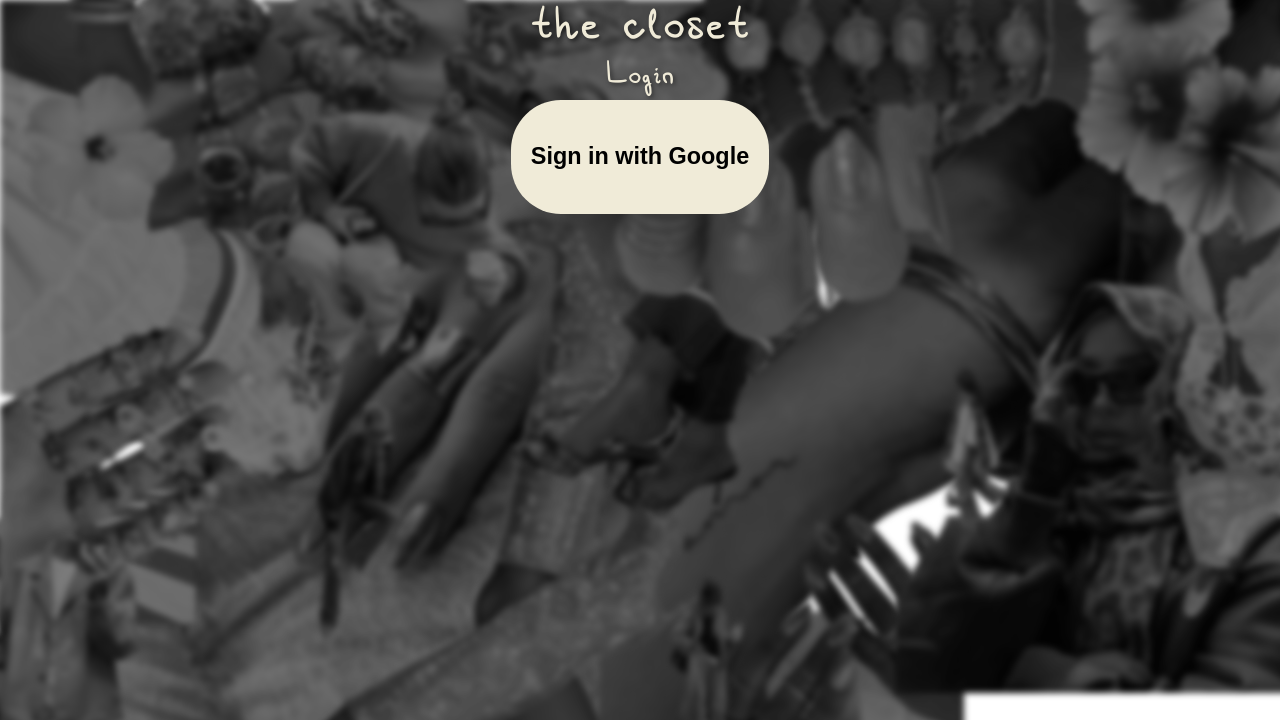
Repository: karla-sikavica/theCloset
Page: / (app in frontend/)
An editor plug-in stored every save of this project. The page is shown before and after the next save, followed by the edit.
The browser window is 1280 px wide. The pictures show the whole page.
The project was rebuilt for these pictures with package versions that can differ from the ones it lists, and the page was loaded fresh each time. Also part of the build but not shown: frontend/vite.config.ts.

Above is the page before, as saved 2025-03-29 16:52:20.

After the next save:
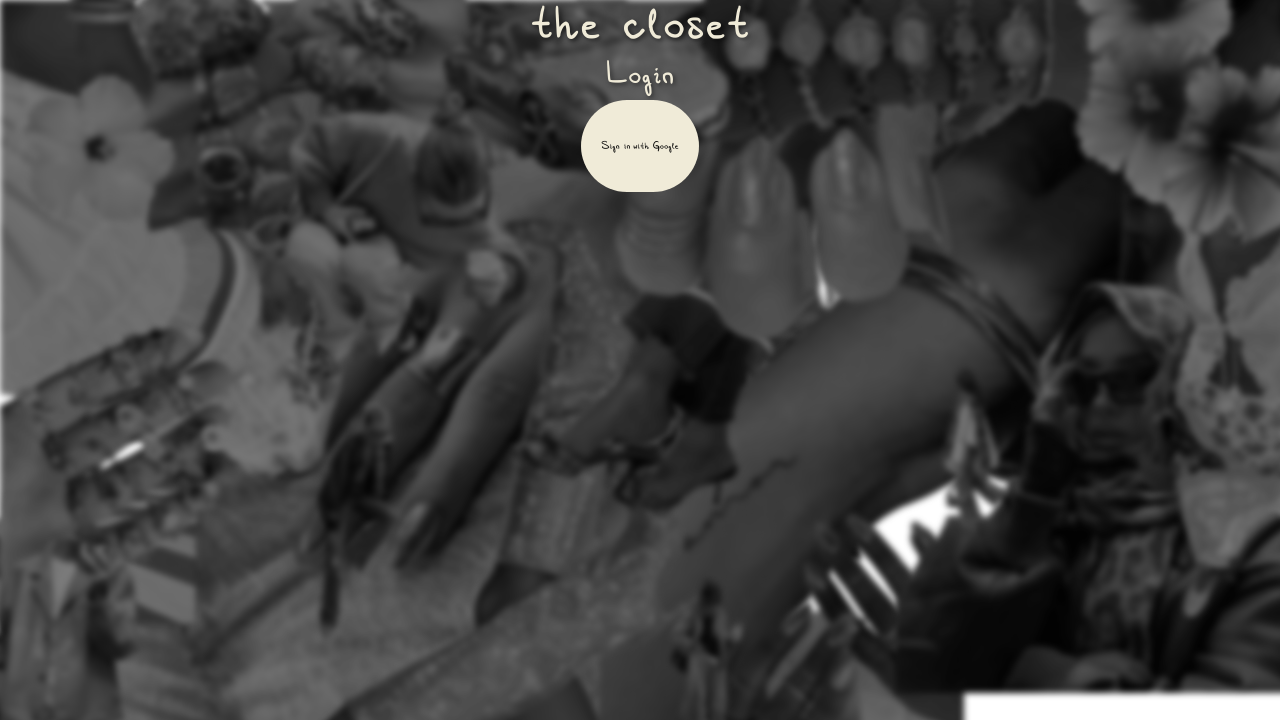
Saved 2 min 15 s later.
--- a/frontend/src/components/css/GoogleButton.module.css
+++ b/frontend/src/components/css/GoogleButton.module.css
@@ -2,8 +2,11 @@
     border-radius: 50px;
     padding: 20px;
     background-color: #f0ebd8;
-    font-size: 20px;
     border: none;
+    font-family: 'Kalla', sans-serif;
+    font-size: 16px;
+    font-weight: 400;
+
 }
 
 .googleButton:hover{
